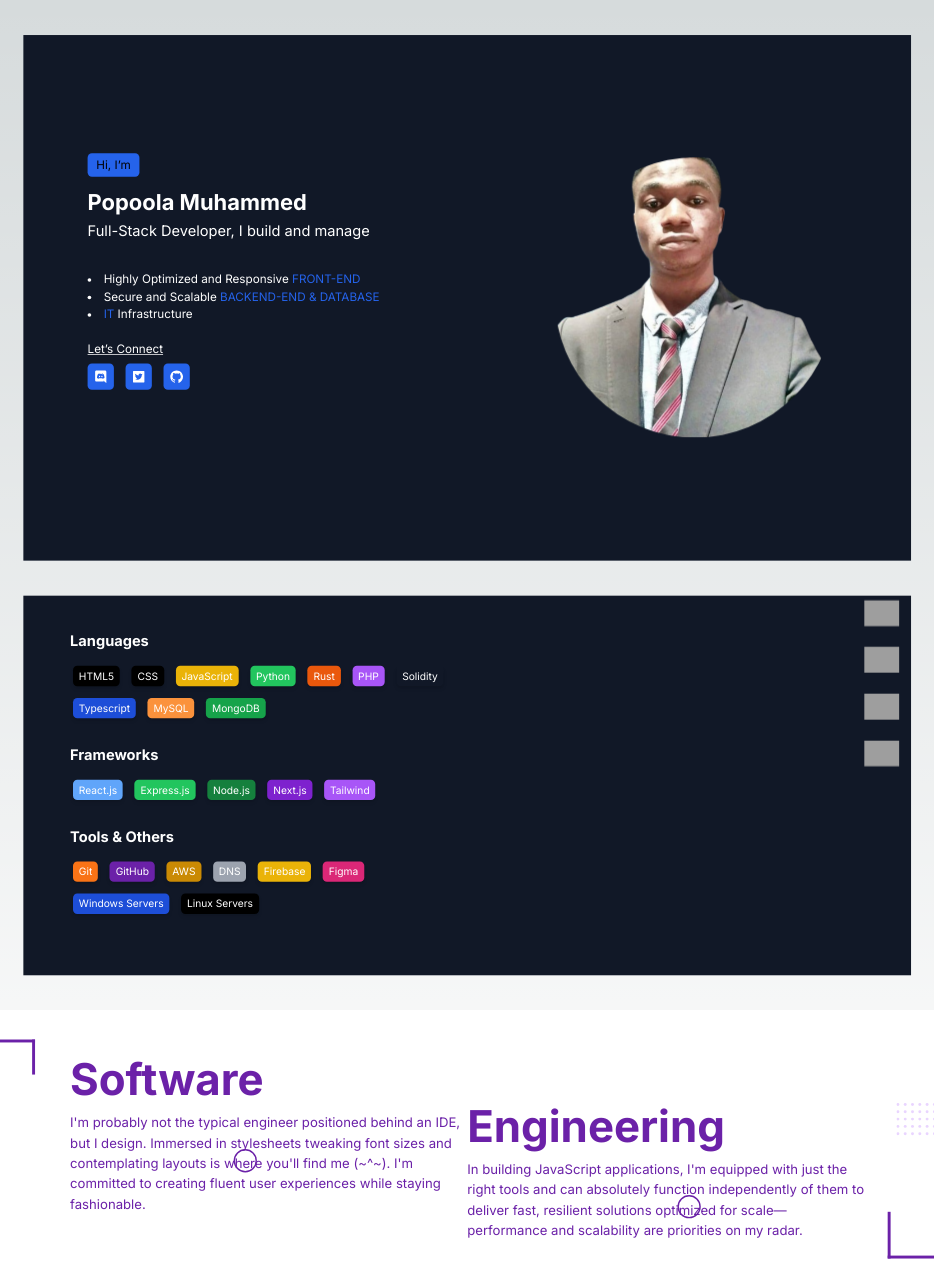
Repository: muhammedctgr/hammedctgr
Page: /
The author's editor kept a copy of each file at every save. The page is drawn from the files as they stood at one save, then again after the next save.
The browser window is 1280 px wide. The pictures show the whole page, at 73% of full size.
Pictures or frames that could not be fetched are drawn as grey boxes. The project was rebuilt for these pictures with package versions that can differ from the ones it lists, and the page was loaded fresh each time. The framework's server and built-in components were replaced by stand-ins that run in the browser. Also part of the build but not shown: next.config.mjs.

Above is the page before, as saved 2024-08-03 08:20:15.

### app/layout.tsx
import type { Metadata } from "next";
import { Inter } from "next/font/google";
import "./globals.css";

const inter = Inter({ subsets: ["latin"] });

export const metadata: Metadata = {
  title: "Popoola Muhammed",
  description: "Generated by create next app",
};

export default function RootLayout({
  children,
}: Readonly<{
  children: React.ReactNode;
}>) {
  return (
    <html lang="en">
      <body className={inter.className}>{children}</body>
    </html>
  );
}

### app/page.tsx
import Head from 'next/head';
import Hero from '../components/Hero';
import SkillsSection from '@/components/SkillsSection';
import SummarySection from '@/components/SummarySection';


const Home = () => (
  <div>
    <Head>
      <title>Popoola Muhammed</title>
      <meta name="description" content="Welcome to my developer portfolio" />
    </Head>

    <Hero />
    <SkillsSection />
    <SummarySection />
  </div>
);

export default Home;

### app/globals.css
@tailwind base;
@tailwind components;
@tailwind utilities;

:root {
  --foreground-rgb: 0, 0, 0;
  --background-start-rgb: 214, 219, 220;
  --background-end-rgb: 255, 255, 255;
}

@media (prefers-color-scheme: dark) {
  :root {
    --foreground-rgb: 255, 255, 255;
    --background-start-rgb: 0, 0, 0;
    --background-end-rgb: 0, 0, 0;
  }
}

body {
  color: rgb(var(--foreground-rgb));
  background: linear-gradient(
      to bottom,
      transparent,
      rgb(var(--background-end-rgb))
    )
    rgb(var(--background-start-rgb));
}

@layer utilities {
  .text-balance {
    text-wrap: balance;
  }
}


@keyframes upDown {
  0%, 100% {
    transform: translateY(0);
  }
  50% {
    transform: translateY(-10px); /* Adjust the value as needed */
  }
}

.animate-upDown {
  animation: upDown 2s infinite ease-in-out; /* Adjust duration as needed */
}

### components/Hero.tsx
import Image from 'next/image';
import profilePic from '../public/profile.png';
import { AiFillDiscord, AiFillGithub, AiFillTwitterSquare, AiFillX } from 'react-icons/ai';

const Hero = () => {
  return (
    <section className="bg-gray-900 m-12 mx-8  text-white min-h-screen flex items-center">
      <div className="container mx-auto flex flex-col md:flex-row items-center">
        <div className="flex-1 text-left md:text-left p-8 pt-2 m-14 mt-2">
          <div className="inline-block bg-blue-600 text-black py-1 px-3 mb-4 rounded-md">
            Hi, I’m
          </div>
          <div className="mb-10">
          <h1 className="text-2xl md:text-3xl font-bold">Popoola Muhammed</h1>
          <p className="mt-2  md:text-xl">Full-Stack Developer, I build and manage</p>
          </div>
          <ul className="mt-4 list-disc list-inside whitespace-nowrap">
            <li>Highly Optimized and Responsive <span className="text-blue-600">FRONT-END</span></li>
            <li>Secure and Scalable <span className="text-blue-600">BACKEND-END & DATABASE</span></li>
            <li><span className="text-blue-600">IT</span> Infrastructure</li>
          </ul>
          <div className="mt-6">
            <a href="#contact" className=" underline">Let’s Connect</a>
            <div className="mt-2 flex md:justify-start space-x-4">
              <a href="#" className="bg-blue-600 p-2 rounded-md">
                <AiFillDiscord size={20} />
              </a>
              <a href="#" className="bg-blue-600 p-2 rounded-md">
                <AiFillTwitterSquare size={20} />
              </a>
              <a href="#" className="bg-blue-600 p-2 rounded-md">
                <AiFillGithub size={20} />
              </a>
            </div>
          </div>
        </div>
        <div className="flex-1 p-5">
          <div className="relative w-48 h-48 mx-8 md:w-72 md:h-72 lg:w-96 lg:h-96">
            <Image src={profilePic} alt="Popoola Muhammed" layout="fill" className="rounded-full object-cover animate-upDown" />
          </div>
        </div>
      </div>
    </section>
  );
};

export default Hero;

### components/SkillsSection.tsx
import Image from 'next/image';
import { FC } from 'react';

interface SkillCategory {
  title: string;
  skills: { name: string; color: string; }[];
}

const skills: SkillCategory[] = [
  {
    title: "Languages",
    skills: [
      { name: "HTML5", color: "bg-black" },
      { name: "CSS", color: "bg-black"},
      { name: "JavaScript", color: "bg-yellow-500" },
      { name: "Python", color: "bg-green-500" },
      { name: "Rust", color: "bg-orange-600" },
      { name: "PHP", color: "bg-purple-500" },
      { name: "Solidity", color: "bg-black-500" },
      { name: "Typescript", color: "bg-blue-700" },
      { name: "MySQL", color: "bg-orange-400" },
      { name: "MongoDB", color: "bg-green-600" },
    ],
  },
  {
    title: "Frameworks",
    skills: [
      { name: "React.js", color: "bg-blue-400" },
      { name: "Express.js", color: "bg-green-500" },
      { name: "Node.js", color: "bg-green-700" },
      { name: "Next.js", color: "bg-purple-700" },
      { name: "Tailwind", color: "bg-purple-500" },
    ],
  },
  {
    title: "Tools & Others",
    skills: [
      { name: "Git", color: "bg-orange-500" },
      { name: "GitHub", color: "bg-purple-800" },
      { name: "AWS", color: "bg-yellow-600" },
      { name: "DNS", color: "bg-gray-400" },
      { name: "Firebase", color: "bg-yellow-500" },
      { name: "Figma", color: "bg-pink-600" },
      { name: "Windows Servers", color: "bg-blue-700" },
      { name: "Linux Servers", color: "bg-black" },
    ],
  },
];

const icons = [
  "/icons/html5.svg", // Replace with your icon paths
  "/icons/css3.svg",
  "/icons/javascript.svg",
  "/icons/python.svg",
  // Add the rest of the icons as needed
];

const SkillsSection: FC = () => {
  return (
    <section className="m-12 mx-8 bg-gray-900 text-white">
      <div className="container mx-auto px-4 flex flex-col md:flex-row">
        <div className="flex-1 m-12">
          {skills.map((category) => (
            <div key={category.title} className="mb-8">
              <h2 className="text-xl font-bold mb-4">{category.title}</h2>
              <div className="flex flex-wrap gap-2">
                {category.skills.map((skill) => (
                  <span
                    key={skill.name}
                    className={`px-2 py-1 m-1 rounded-md text-sm ${skill.color} shadow-md`}
                  >
                    {skill.name}
                  </span>
                ))}
              </div>
            </div>
          ))}
        </div>
        <div className="flex-1 flex flex-col items-center md:items-end">
          <div className="grid grid-cols-3 md:grid-cols-1 gap-4">
            {icons.map((src, index) => (
              <div key={index} className="w-12 h-12 relative">
                <Image src={src} alt={`icon-${index}`} layout="fill" objectFit="contain" />
              </div>
            ))}
          </div>
        </div>
      </div>
    </section>
  );
};

export default SkillsSection;

### components/SummarySection.tsx
import { FC } from 'react';

const SummarySection: FC = () => {
  return (
    <section className="bg-white text-purple-800 py-16 relative overflow-hidden">
      <div className="container mx-auto px-6 md:px-12 lg:px-24 flex flex-col md:flex-row justify-between items-start">
        <div className="md:w-1/2 mb-16 md:mb-0">
          <div className="mb-4 flex items-center">
            <span className="text-6xl font-bold">Software</span>
          </div>
          <p className="text-lg">
            I'm probably not the typical engineer positioned behind an IDE, but I design. Immersed in stylesheets tweaking font sizes and contemplating layouts is where you'll find me (~^~). I'm committed to creating fluent user experiences while staying fashionable.
          </p>
        </div>
        <div className="md:w-1/2 md:mt-16">
          <div className="mb-4 flex items-center">
            <span className="text-6xl font-bold">Engineering</span>
          </div>
          <p className="text-lg">
            In building JavaScript applications, I'm equipped with just the right tools and can absolutely function independently of them to deliver fast, resilient solutions optimized for scale—performance and scalability are priorities on my radar.
          </p>
        </div>
      </div>

      {/* Decorative Elements */}
      <div className="absolute top-10 left-0 w-12 h-12 border-t-4 border-r-4 border-purple-800"></div>
      <div className="absolute top-1/2 left-1/4 w-8 h-8 border-2 border-purple-800 rounded-full"></div>
      <div className="absolute bottom-10 right-0 w-16 h-16 border-b-4 border-l-4 border-purple-800"></div>
      <div className="absolute bottom-1/4 right-1/4 w-8 h-8 border-2 border-purple-800 rounded-full"></div>
      <div className="absolute top-1/4 right-0 transform translate-x-12 translate-y-8">
        <svg className="fill-current text-purple-200" width="100" height="100" viewBox="0 0 100 100">
          <circle cx="2" cy="2" r="2" />
          <circle cx="12" cy="2" r="2" />
          <circle cx="22" cy="2" r="2" />
          <circle cx="32" cy="2" r="2" />
          <circle cx="42" cy="2" r="2" />
          <circle cx="52" cy="2" r="2" />
          <circle cx="62" cy="2" r="2" />
          <circle cx="72" cy="2" r="2" />
          <circle cx="82" cy="2" r="2" />
          <circle cx="92" cy="2" r="2" />
          <circle cx="2" cy="12" r="2" />
          <circle cx="12" cy="12" r="2" />
          <circle cx="22" cy="12" r="2" />
          <circle cx="32" cy="12" r="2" />
          <circle cx="42" cy="12" r="2" />
          <circle cx="52" cy="12" r="2" />
          <circle cx="62" cy="12" r="2" />
          <circle cx="72" cy="12" r="2" />
          <circle cx="82" cy="12" r="2" />
          <circle cx="92" cy="12" r="2" />
          <circle cx="2" cy="22" r="2" />
          <circle cx="12" cy="22" r="2" />
          <circle cx="22" cy="22" r="2" />
          <circle cx="32" cy="22" r="2" />
          <circle cx="42" cy="22" r="2" />
          <circle cx="52" cy="22" r="2" />
          <circle cx="62" cy="22" r="2" />
          <circle cx="72" cy="22" r="2" />
          <circle cx="82" cy="22" r="2" />
          <circle cx="92" cy="22" r="2" />
          <circle cx="2" cy="32" r="2" />
          <circle cx="12" cy="32" r="2" />
          <circle cx="22" cy="32" r="2" />
          <circle cx="32" cy="32" r="2" />
          <circle cx="42" cy="32" r="2" />
          <circle cx="52" cy="32" r="2" />
          <circle cx="62" cy="32" r="2" />
          <circle cx="72" cy="32" r="2" />
          <circle cx="82" cy="32" r="2" />
          <circle cx="92" cy="32" r="2" />
          <circle cx="2" cy="42" r="2" />
          <circle cx="12" cy="42" r="2" />
          <circle cx="22" cy="42" r="2" />
          <circle cx="32" cy="42" r="2" />
          <circle cx="42" cy="42" r="2" />
          <circle cx="52" cy="42" r="2" />
          <circle cx="62" cy="42" r="2" />
          <circle cx="72" cy="42" r="2" />
          <circle cx="82" cy="42" r="2" />
          <circle cx="92" cy="42" r="2" />
        </svg>
      </div>
    </section>
  );
};

export default SummarySection;

Loaded but not shown: tailwind.config.ts (common file)

After the next save:
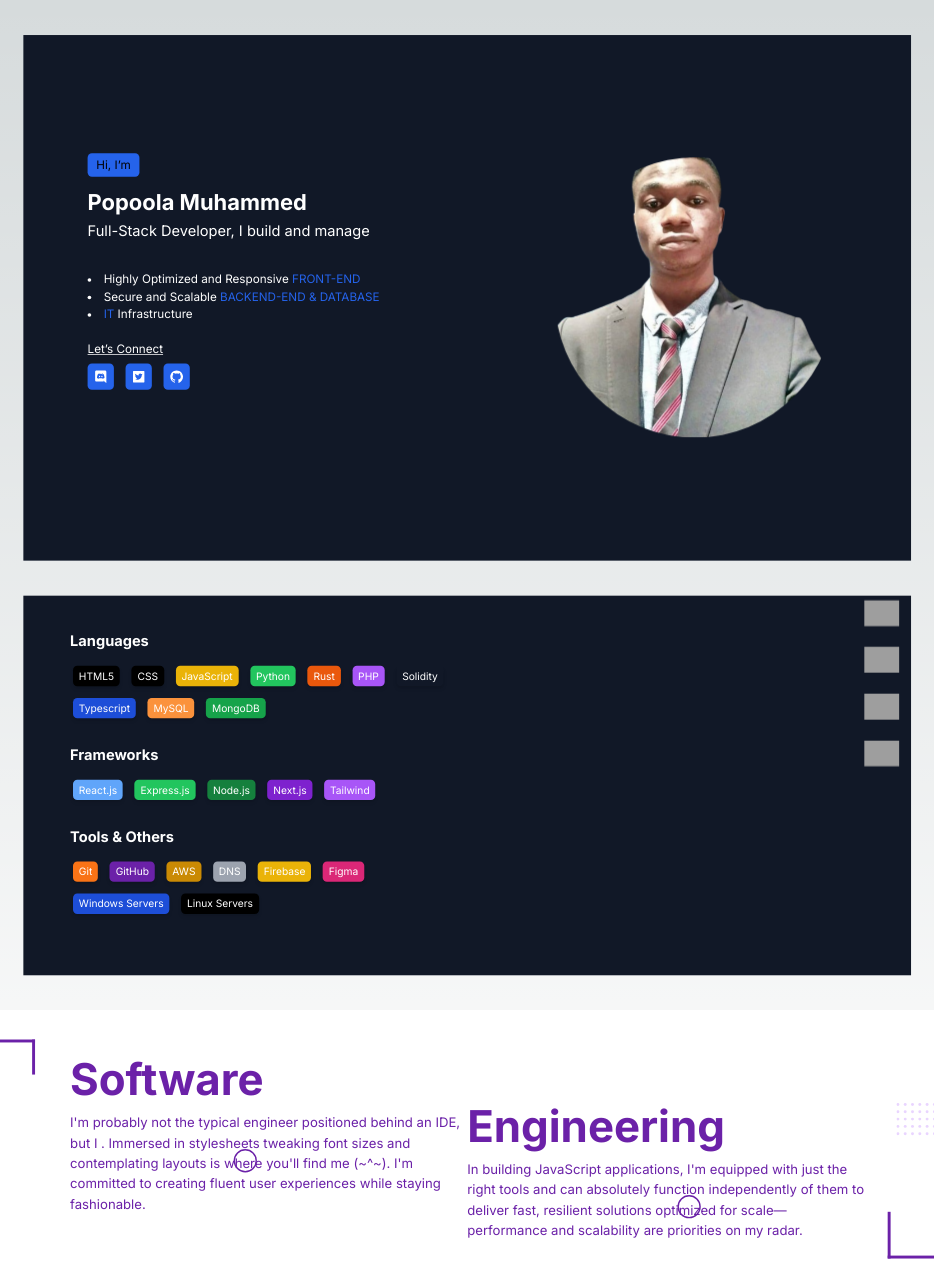
Saved 65 s later.
--- a/components/SummarySection.tsx
+++ b/components/SummarySection.tsx
@@ -9,7 +9,7 @@
             <span className="text-6xl font-bold">Software</span>
           </div>
           <p className="text-lg">
-            I'm probably not the typical engineer positioned behind an IDE, but I design. Immersed in stylesheets tweaking font sizes and contemplating layouts is where you'll find me (~^~). I'm committed to creating fluent user experiences while staying fashionable.
+            I'm probably not the typical engineer positioned behind an IDE, but I . Immersed in stylesheets tweaking font sizes and contemplating layouts is where you'll find me (~^~). I'm committed to creating fluent user experiences while staying fashionable.
           </p>
         </div>
         <div className="md:w-1/2 md:mt-16">
